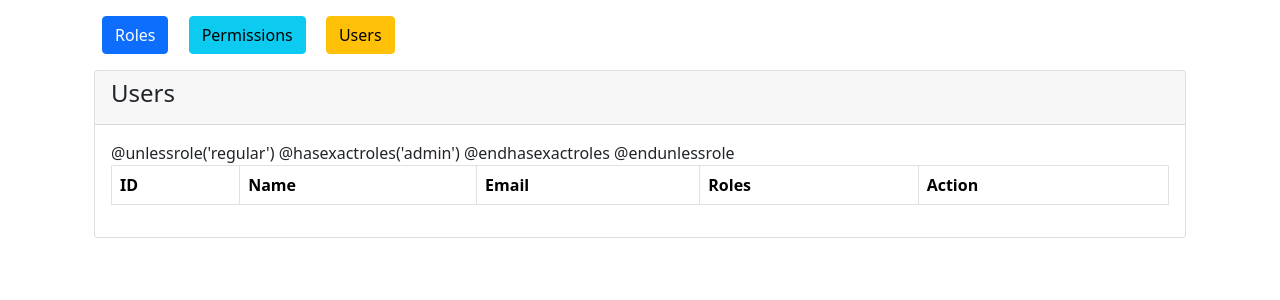
Repository: viisantos/permission_demo
Page: http://localhost/users
The author's editor kept a copy of each file at every save. The page is drawn from the files as they stood at one save, then again after the next save.
The browser window is 1280 px wide. The pictures show the whole page.
The page is served by the project's Laravel application, run on PHP 8.4 with Laravel 10. Queries for data that is not in the repository find no rows.

Above is the page before, as saved 2024-06-22 17:56:06.

After the next save:
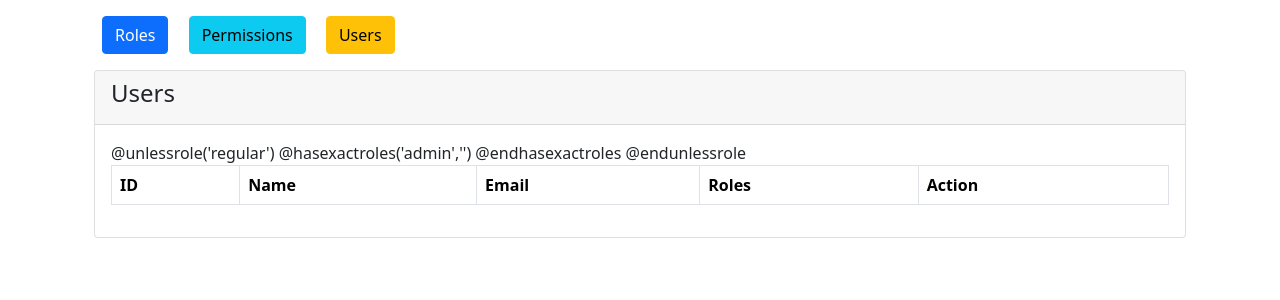
Saved 33 s later.
--- a/resources/views/role-permission/user/index.blade.php
+++ b/resources/views/role-permission/user/index.blade.php
@@ -28,7 +28,7 @@
                                 <th>Roles</th>
 
                                 @unlessrole('regular')
-                                    @hasexactroles('admin')
+                                    @hasexactroles('admin','')
                                         <th>Action</th>
                                     @endhasexactroles
                                 @endunlessrole
